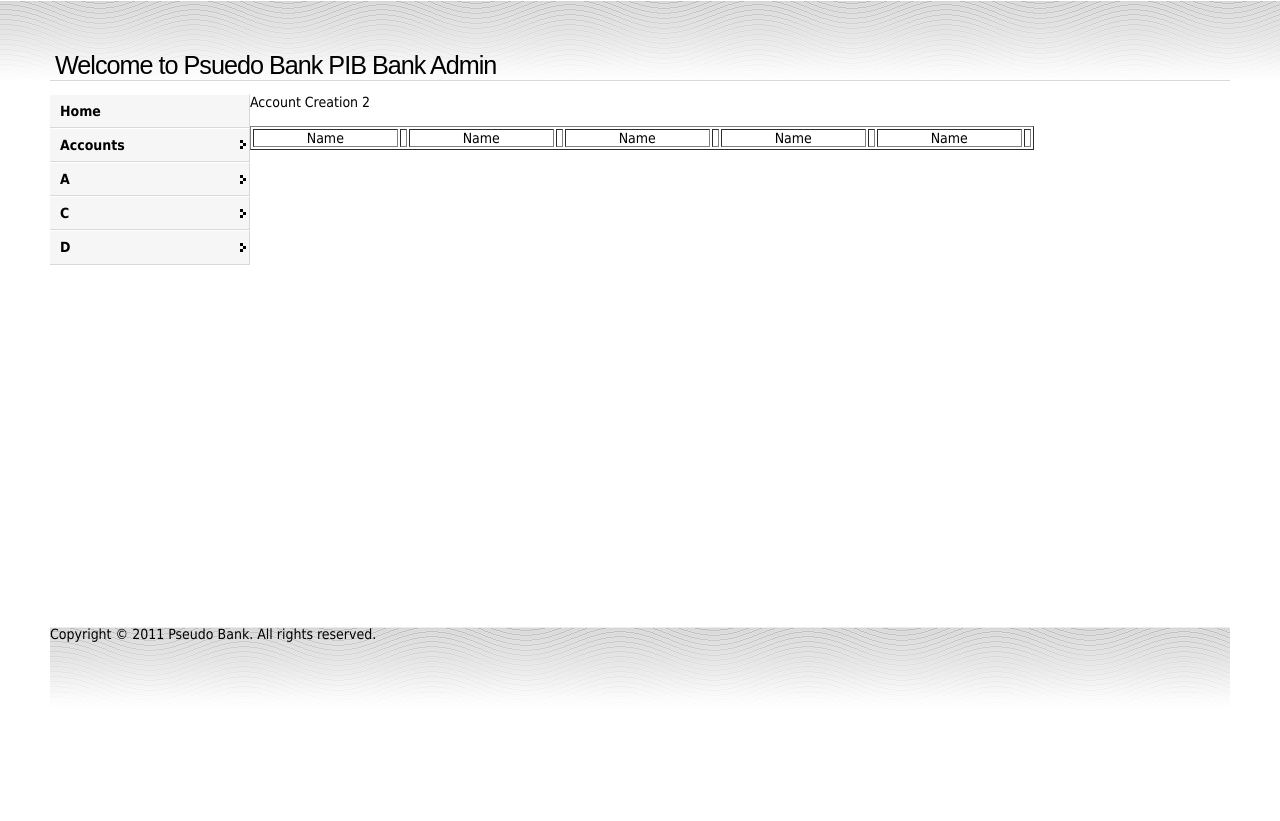
Repository: hareth12/Final-Year-Project
Page: http://localhost/bankAdmin/Account/accountCreation2.jsp
An editor plug-in stored every save of this project. The page is shown before and after the next save, followed by the edit.
The browser window is 1280 px wide. The pictures show the whole page.
The page is served by Tomcat 9. Other server files are loaded and not shown.

Above is the page before, as saved 2011-09-30 04:26:45.

### bankAdmin/WebContent/Account/accountCreation2.jsp
<!DOCTYPE html PUBLIC "-//W3C//DTD XHTML 1.0 Transitional//EN" "http://www.w3.org/TR/xhtml1/DTD/xhtml1-transitional.dtd">
<html xmlns="http://www.w3.org/1999/xhtml" xml:lang="en" lang="en">
<head>
<title>Psuedo Bank PIB Bank Admin</title>
<meta http-equiv="Content-Type" content="text/html; charset=utf-8" />
<meta name="author" content="Tom@Lwis (http://www.lwis.net/free-css-drop-down-menu/)" />
<meta name="keywords" content="css, dropdowns, dropdown menu, drop-down, menu, navigation, nav, horizontal, vertical left-to-right, vertical right-to-left, horizontal linear, horizontal upwards, cross browser, internet explorer, ie, firefox, safari, opera, browser, lwis" />
<meta name="description" content="Simple vertical left-to-right direction css drop-down menu demo using clean, standards-friendly, free, easy, cross browser framework for css drop-down menus" />
<link href="/bankAdmin/asset/secured/helper.css" media="screen" rel="stylesheet" type="text/css" />

<style type="text/css">

/* Layout */
@import "/bankAdmin/asset/secured/dropdown.css";
@import "/bankAdmin/asset/secured/dropdown.vertical.css";

/* Theme */
@import "/bankAdmin/asset/secured/default.css";

</style>


</head>
<body>
<div id="wrap">  <!-- This wrap div needs to encompass everything except the footer div at bottom -->
<h1>Welcome to Psuedo Bank PIB Bank Admin</h1>

<ul id="nav" class="dropdown dropdown-vertical">
    <li><a href="#">Home</a></li>
    <li class="dir">Accounts
        <ul>
            <li><a href="/bankAdmin/AccountCreation">Accounts Creation</a></li>
            <li><a href="#">Accounts Enquiry</a></li>
                <ul>
                    <li><a href="./">1</a></li>
                    <li><a href="./">2</a></li>
                    <li><a href="./">3</a></li>
                    <li><a href="./">4</a></li>
                    <li><a href="./">5</a></li>
                </ul>
            </li>
        </ul>
    </li>
    <li class="dir">A
        <ul>
            <li><a href="#">1</a></li>
            <li><a href="#">2</a></li>
            <li><a href="#">3</a></li>
        </ul>
    </li>
    <li class="dir">C
        <ul>
            <li><a href="./">1</a></li>
            <li><a href="./">2</a></li>
            <li><a href="./">3</a></li>
        </ul>
    </li>
    <li class="dir">D</a>
        <ul>
            <li><a href="./">1</a></li>
        </ul>
    </li>
</ul>
	<div id="main">
	Account Creation 2
	<br></br>
		<table style="text-align: center; width: 80%;" border="1" cellpadding="2" cellspacing="2">
		<tbody>
			<tr>
			<td>Name </td><td>    </td>
			<td>Name </td><td>    </td>
			<td>Name </td><td>    </td>
			<td>Name </td><td>    </td>
			<td>Name </td><td>    </td>

			</tr>



		</tbody>
		</table>

	</div>

</div>

<div class="footer">
	<div id="foot"> <!-- this extra div is just centering the fixed width area of the footer content -->

    <p>Copyright &copy; 2011 Pseudo Bank. All rights reserved.</p>
    </div>
</div>

</body>


</html>

### bankAdmin/WebContent/asset/secured/helper.css

* {
 margin: 0;
 padding: 0;
}

body {
 padding: 50px;
 border-top: solid 1px #fff;
 background: #fff url(images/pattern1.png) 0 0 repeat-x;
 font: 14px/normal Tahoma, Arial, Helvetica, sans-serif;
}

html, body{height: 100%;}

#wrap {min-height: 80%;}

#main {overflow:auto;
    padding-bottom: 20%;}  /* must be same height as the footer */

footer {

 position: relative;
 margin-top: -20%;
 height: 20%;
 clear:both;
 text-align: center;
 width:100%;
}

/* Footer */
#footer {background: #444444 url('images/footer.gif') repeat-x;color:#ffffff;font-size:11px;font-family:Verdana, Arial, sans-serif}
#footer2 {background-color: #444444;color:#ffffff;font-size:11px;font-family:Verdana, Arial, sans-serif;height:140px}
#footer a, #footer2 a {color:#ffffff;text-decoration:underline}
#footer a:hover, #footer2 a:hover {color:#804249;text-decoration:underline}
#footer a:visited, #footer2 a:visited  {color:#ffffff;text-decoration:underline}
#footer p, #footer2 p {margin:0 0 15px 0}
#footer p.axe img, #footer2 p.axe img {margin-bottom:-7px}
#foot {width:100%;margin:0 auto;background: url('images/pattern1.png') repeat-x;height:140px;line-height:1.1em;padding: 0;}
#foot2 {width:800px;margin:0 auto;height:140px;line-height:1.1em;padding:0 10px 0 10px}
#foot #left {width:400px;float:left;padding-top:72px}
#foot #right {width:250px;float:right;text-align:right;padding-top:72px}
#foot2 #left {width:450px;float:left;padding-top:45px}
#foot2 #right {width:250px;float:right;text-align:right;padding-top:45px}

.clearfix:after {content: ".";display: block;height: 0;clear: both;visibility: hidden}
.clearfix {display: inline-block}
* html .clearfix {height: 1%}
.clearfix {display: block}


p { margin-bottom: 1em; }

ul.classic {
 list-style: disc;
 margin-bottom: 1em;
 padding-left: 2em;
}

h1,h2,h3 {
 margin-bottom: .5em;
 font-family: Arial, Helvetica, sans-serif;
 line-height: normal;
}

h1 {
 border-bottom: solid 1px #d9d9d9;
 font-weight: normal;
 font-size: 180%;
 text-indent: 5px;
 letter-spacing: -1px;
}

.dropdown-upward {
 margin-top: 400px !important;
}

### bankAdmin/WebContent/asset/secured/dropdown.css
@charset "UTF-8";

/**
 * Horizontal CSS Drop-Down Menu Module
 *
 * @file        dropdown.css
 * @package     Dropdown
 * @version     0.7.1
 * @type        Transitional
 * @stacks      597-599
 * @browsers    Windows: IE6+, Opera7+, Firefox1+
 *              Mac OS: Safari2+, Firefox2+
 *
 * @link        http://www.lwis.net/
 * @copyright   2006-2008 Live Web Institute. All Rights Reserved.
 *
 */

ul.dropdown,
ul.dropdown li,
ul.dropdown ul {
 list-style: none;
 margin: 0;
 padding: 0;
}

ul.dropdown {
 position: relative;
 z-index: 597;
 float: left;
}

ul.dropdown li {
 float: left;
 line-height: 1.3em;
 vertical-align: middle;
 zoom: 1;
}

ul.dropdown li.hover,
ul.dropdown li:hover {
 position: relative;
 z-index: 599;
 cursor: default;
}

ul.dropdown ul {
 visibility: hidden;
 position: absolute;
 top: 100%;
 left: 0;
 z-index: 598;
 width: 100%;
}

ul.dropdown ul li {
 float: none;
}

ul.dropdown ul ul {
 top: 1px;
 left: 99%;
}

ul.dropdown li:hover > ul {
 visibility: visible;
}

### bankAdmin/WebContent/asset/secured/dropdown.vertical.css
@charset "UTF-8";

/**
 * Vertical Left-to-Right Direction CSS Drop-Down Menu Component
 *
 * @file		dropdown.vertical.css
 * @package		Dropdown
 * @version		0.3
 * @type		Transitional
 * @requires	dropdown.css
 * @browsers	Windows: IE5+, Opera7+, Firefox1+
 *				Mac OS: Safari2+, Firefox2+
 *
 * @link		http://www.lwis.net/
 * @copyright	2006-2008 Live Web Institute. All Rights Reserved.
 *
 */

@import "dropdown.css";

ul.dropdown-vertical {
 width: 200px;
}

ul.dropdown-vertical ul {
 top: 1px;
 left: 99%;
}

ul.dropdown-vertical li {
 float: none;
}

### bankAdmin/WebContent/asset/secured/default.css
@charset "UTF-8";

/**
 * Default CSS Drop-Down Menu Theme
 *
 * @file		default.css
 * @name		Default
 * @version		0.1.1
 * @type		transitional
 * @browsers	Windows: IE5+, Opera7+, Firefox1+
 *				Mac OS: Safari2+, Firefox2+
 *
 * @link		http://www.lwis.net/
 * @copyright	2008 Live Web Institute. All Rights Reserved.
 *
 * Module Classes: *.dir {} *.on {} *.open {} li.hover {} li.first {} li.last {}
 * Expected directory tag - li
 *
 */


/*-------------------------------------------------/
 * @section		Base Drop-Down Styling
 * @structure	ul (unordered list)
 *				ul li (list item)
 *				ul li a (links)
 *				/*\.class|(li|a):hover/
 * @level sep	ul
 */


ul.dropdown {
 font-weight: bold;
}

	ul.dropdown li {
	 padding: 7px 10px;
	 border-style: solid;
	 border-width: 1px 1px 1px 0;
	 border-color: #fff #d9d9d9 #d9d9d9;
	 background-color: #f6f6f6;
	 color: #000;
	}

	ul.dropdown li.hover,
	ul.dropdown li:hover {
	 background-color: #eee;
	 color: #000;
	}

	ul.dropdown a:link,
	ul.dropdown a:visited	{ color: #000; text-decoration: none; }
	ul.dropdown a:hover		{ color: #000; }
	ul.dropdown a:active	{ color: #ffa500; }


	/* -- level mark -- */

	ul.dropdown ul {
	 width: 150px;
	 margin-top: 1px;
	}

		ul.dropdown ul li {
		 font-weight: normal;
		}



/*-------------------------------------------------/
 * @section		Support Class `dir`
 * @level sep	ul, .class
 */


ul.dropdown *.dir {
 padding-right: 20px;
 background-image: url(../secured/images/nav-arrow-down.png);
 background-position: 100% 50%;
 background-repeat: no-repeat;
}


/* -- Components override -- */

ul.dropdown-horizontal ul *.dir {
 padding-right: 15px;
 background-image: url(../secured/images/nav-arrow-right.png);
 background-position: 100% 50%;
 background-repeat: no-repeat;
}

ul.dropdown-upward *.dir {
 background-image: url(../secured/images/nav-arrow-top.png);
}

ul.dropdown-vertical *.dir,
ul.dropdown-upward ul *.dir {
 background-image: url(../secured/images/nav-arrow-right.png);
}

ul.dropdown-vertical-rtl *.dir {
 padding-right: 10px;
 padding-left: 15px;
 background-image: url(../secured/images/nav-arrow-left.png);
 background-position: 0 50%;
}

After the next save:
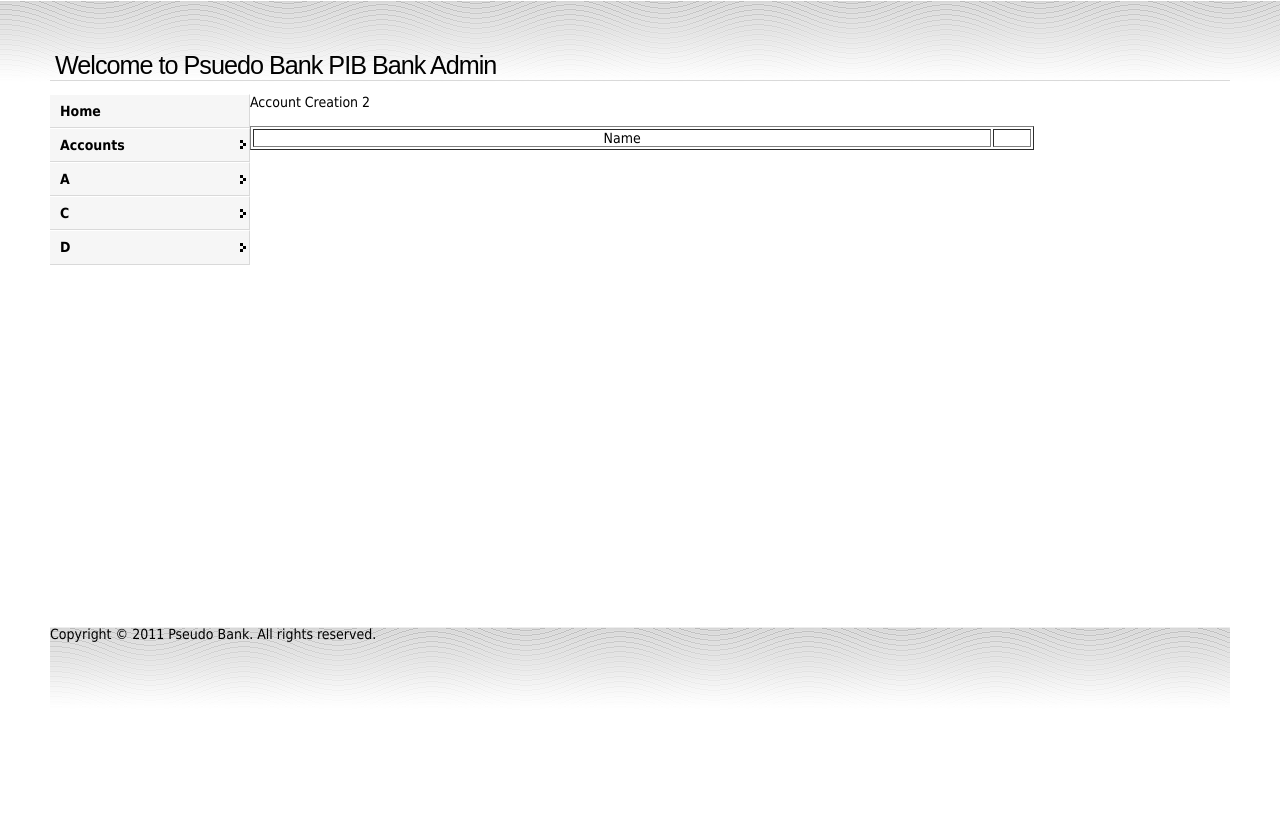
Saved 18 s later.
--- a/bankAdmin/WebContent/Account/accountCreation2.jsp
+++ b/bankAdmin/WebContent/Account/accountCreation2.jsp
@@ -68,11 +68,6 @@
 		<tbody>
 			<tr>
 			<td>Name </td><td>    </td>
-			<td>Name </td><td>    </td>
-			<td>Name </td><td>    </td>
-			<td>Name </td><td>    </td>
-			<td>Name </td><td>    </td>
-
 			</tr>
 
 
